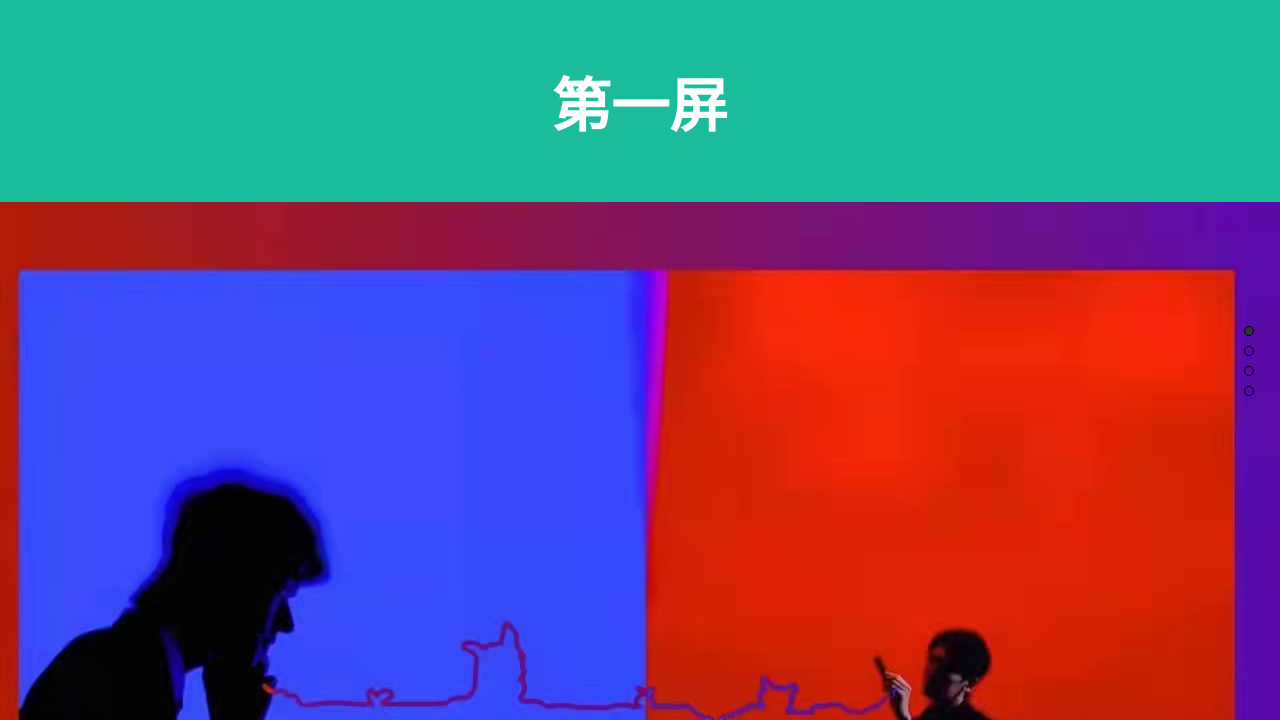
Repository: tfdonna/fontend
Page: js第一阶段/jquery/WebContent/hw02-全屏滚动四屏.html
An editor plug-in stored every save of this project. The page is shown before and after the next save, followed by the edit.
The browser window is 1280 px wide. The pictures show the whole page.

Above is the page before, as saved 2021-09-06 10:32:02.

### js第一阶段/jquery/WebContent/hw02-全屏滚动四屏.html
<!DOCTYPE html>
<html>
<head>
	<meta charset="UTF-8">
	<title>全屏滚动</title>

	<link rel="stylesheet" href="fullPage/css/jquery.fullPage.css">
	<style>
	.section {
		text-align: center;
		font: 50px "Microsoft Yahei";
		color: #fff;
	}
	</style>

	<script src="fullPage/js/jquery-1.8.3.min.js"></script>
	<script src="fullPage/js/jquery.fullPage.min.js"></script>
	<script>
	$(function(){
	    $('#dowebok').fullpage({
	        sectionsColor: ['#1bbc9b', '#4BBFC3', '#7BAABE', '#f90'],
	        'navigation': true,
	    });
	});
	</script>
</head>
<body>
	<div id="dowebok">
	    <div class="section">
	        <h3>第一屏</h3>
	        <img alt="" src="images/jz1.jpg" />
	    </div>
	    <div class="section">
	        <h3>第二屏</h3>
	        <img alt="" src="images/jz2.jpg" />
	    </div>
	    <div class="section">
	        <h3>第三屏</h3>
	        <img alt="" src="images/jz3.jpg" />
	    </div>
	    <div class="section">
	        <h3>第四屏</h3>
	        <img alt="" src="images/jz5.jpg" />
	    </div>
	</div>
</body>
</html>

Loaded but not shown: js第一阶段/jquery/WebContent/fullPage/css/jquery.fullPage.css (library); js第一阶段/jquery/WebContent/fullPage/js/jquery-1.8.3.min.js (library); js第一阶段/jquery/WebContent/fullPage/js/jquery.fullPage.min.js (library)

After the next save:
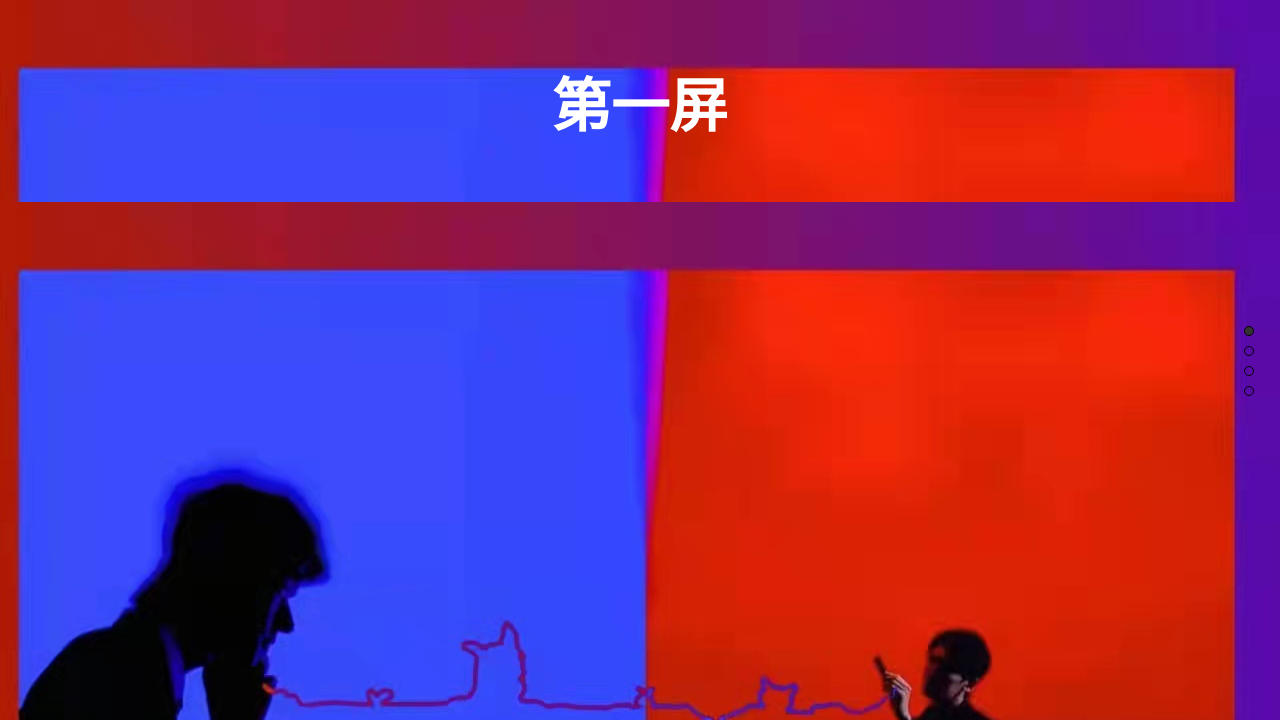
Saved 97 s later.
--- a/js第一阶段/jquery/WebContent/hw02-全屏滚动四屏.html
+++ b/js第一阶段/jquery/WebContent/hw02-全屏滚动四屏.html
@@ -10,6 +10,7 @@
 		text-align: center;
 		font: 50px "Microsoft Yahei";
 		color: #fff;
+		background: url("images/jz1.jpg") no-repeat;
 	}
 	</style>
 
